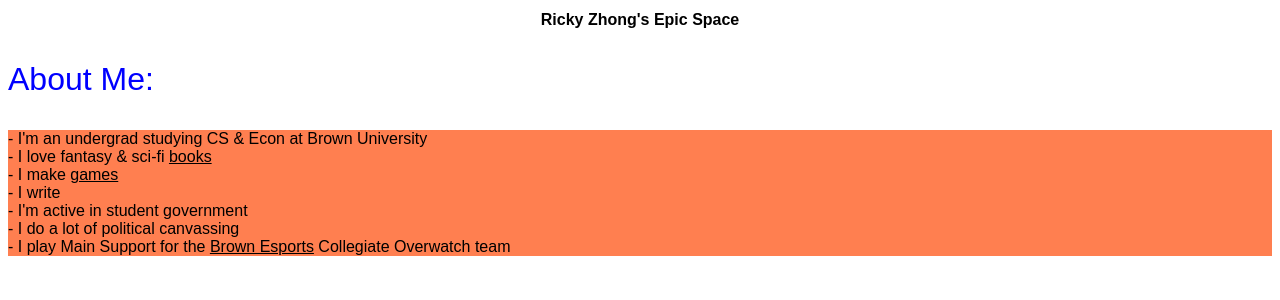
Repository: rickydaricky/rickydaricky.github.io
Page: index.html
The author's editor kept a copy of each file at every save. The page is drawn from the files as they stood at one save, then again after the next save.
The browser window is 1280 px wide. The pictures show the whole page.

Above is the page before, as saved 2021-11-26 02:40:51.

After the next save:
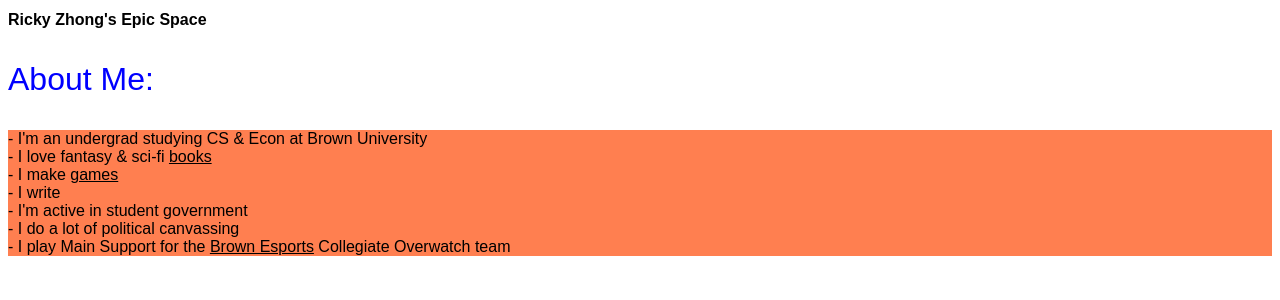
Saved 17 s later.
--- a/index.html
+++ b/index.html
@@ -9,7 +9,7 @@
 
 <html>
   <body>
-    <h1 style="text-align: center;">Ricky Zhong's Epic Space</h1>
+    <h1>Ricky Zhong's Epic Space</h1>
     <p class="about">About Me:</p>
     <p style="background-color: coral;">
       - I'm an undergrad studying CS & Econ at Brown University

After the 3 saves that followed:
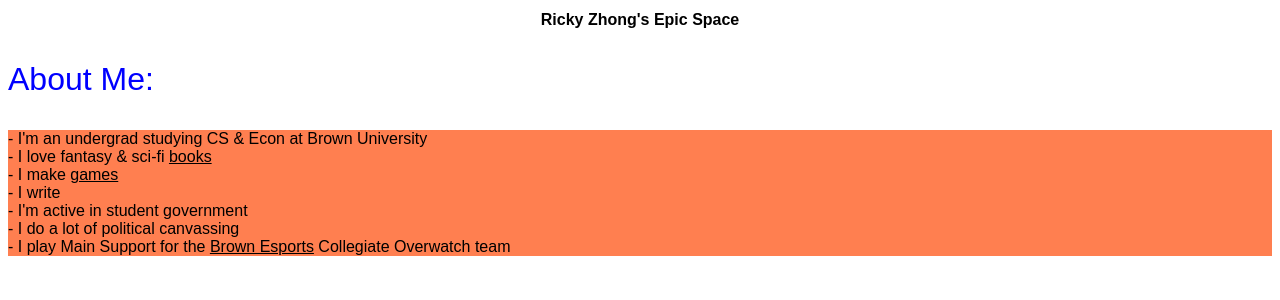
The 3 saves are shown as one change because 2 left the picture as it was.
The last was saved 11 s later.
--- a/index.html
+++ b/index.html
@@ -9,7 +9,7 @@
 
 <html>
   <body>
-    <h1>Ricky Zhong's Epic Space</h1>
+    <h1 class="title">Ricky Zhong's Epic Space</h1>
     <p class="about">About Me:</p>
     <p style="background-color: coral;">
       - I'm an undergrad studying CS & Econ at Brown University
--- a/main.css
+++ b/main.css
@@ -13,3 +13,7 @@ html * {
     font-size: 200%;
     color: blue;
 }
+
+.title {
+    text-align: center;
+}
